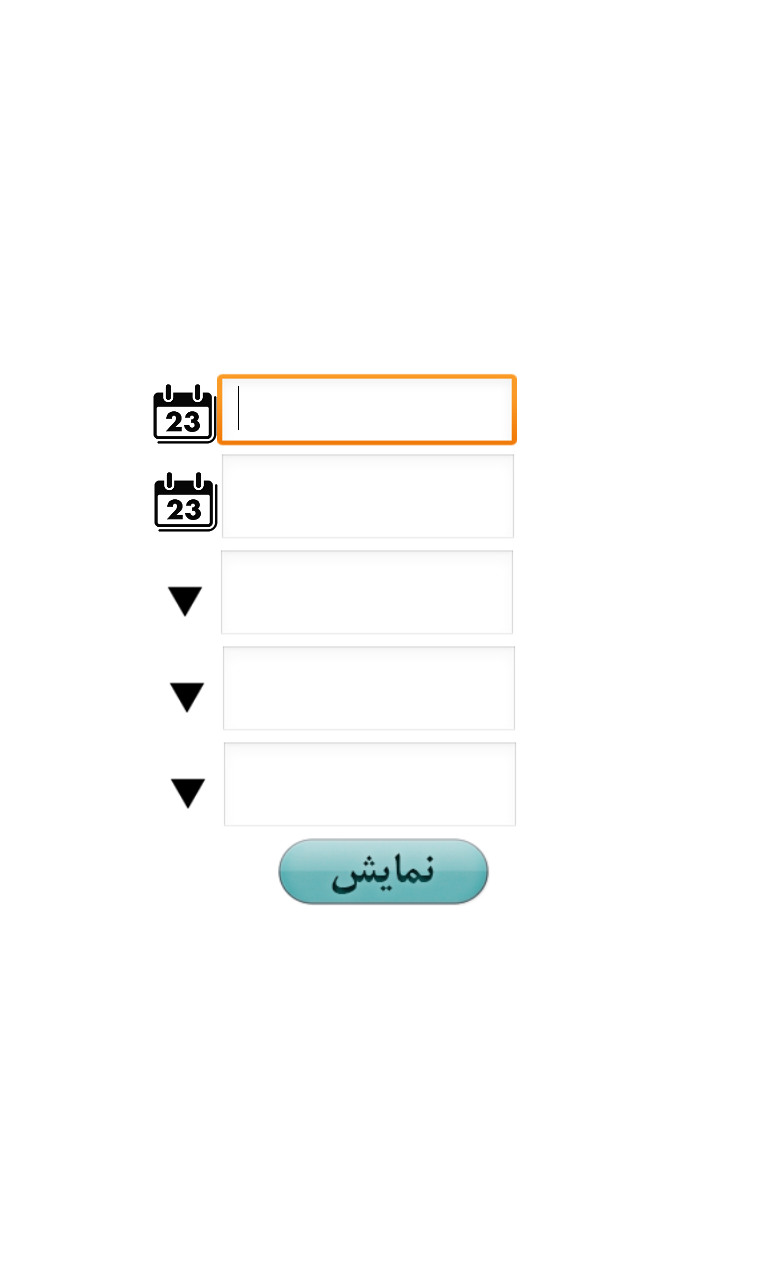
Repository: AtiehPardaz/Reports-Mobile
Layout: Reportsmobile/res/layout/frg_forosh_faktor.xml
The author's editor kept a copy of each file at every save. The layout is drawn from the files as they stood at one save, then again after the next save.
It is drawn on a 768 x 1280 px phone screen (xhdpi) without system bars, with theme Theme.behzad; the app's code is not run.

Above is the layout before, as saved 2015-03-10 13:51:08.

After the next save:
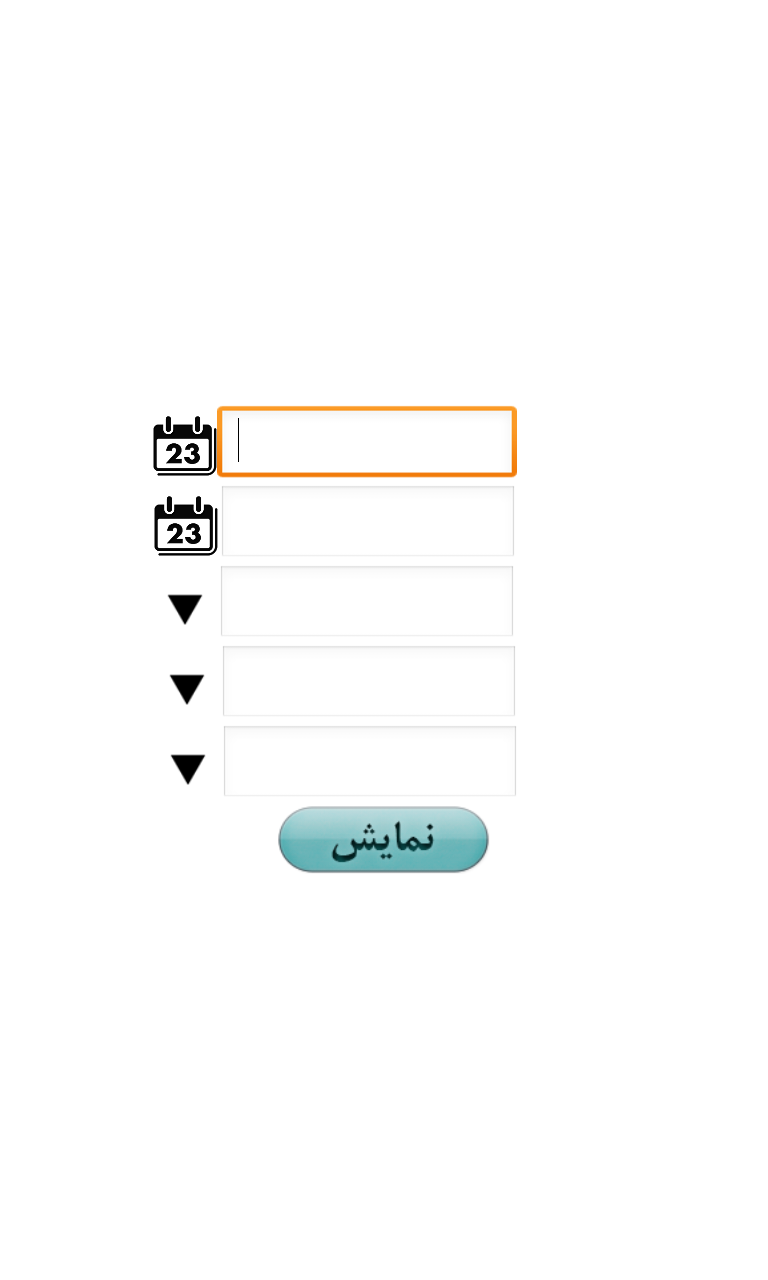
Saved 105 s later.
--- a/Reportsmobile/res/layout/frg_forosh_faktor.xml
+++ b/Reportsmobile/res/layout/frg_forosh_faktor.xml
@@ -56,7 +56,7 @@
             <EditText
                 android:id="@+id/et_todate_forosh"
                 android:layout_width="150dp"
-                android:layout_height="wrap_content"
+                 android:layout_height="40dp"
                 android:layout_gravity="center"
                 android:inputType="date" />
 
@@ -88,7 +88,7 @@
             <EditText
                 android:id="@+id/et__customer_forosh"
                 android:layout_width="150dp"
-                android:layout_height="wrap_content"
+                android:layout_height="40dp"
                 android:layout_gravity="center"
                 android:inputType="date" />
 
@@ -120,7 +120,7 @@
             <EditText
                 android:id="@+id/et__bazarya_forosh"
                 android:layout_width="150dp"
-                android:layout_height="wrap_content"
+                android:layout_height="40dp"
                 android:layout_gravity="center"
                 android:inputType="date" />
 
@@ -152,7 +152,7 @@
             <EditText
                 android:id="@+id/et__foroshande_forosh"
                 android:layout_width="150dp"
-                android:layout_height="wrap_content"
+                android:layout_height="40dp"
                 android:layout_gravity="center"
                 android:inputType="date" />
 
